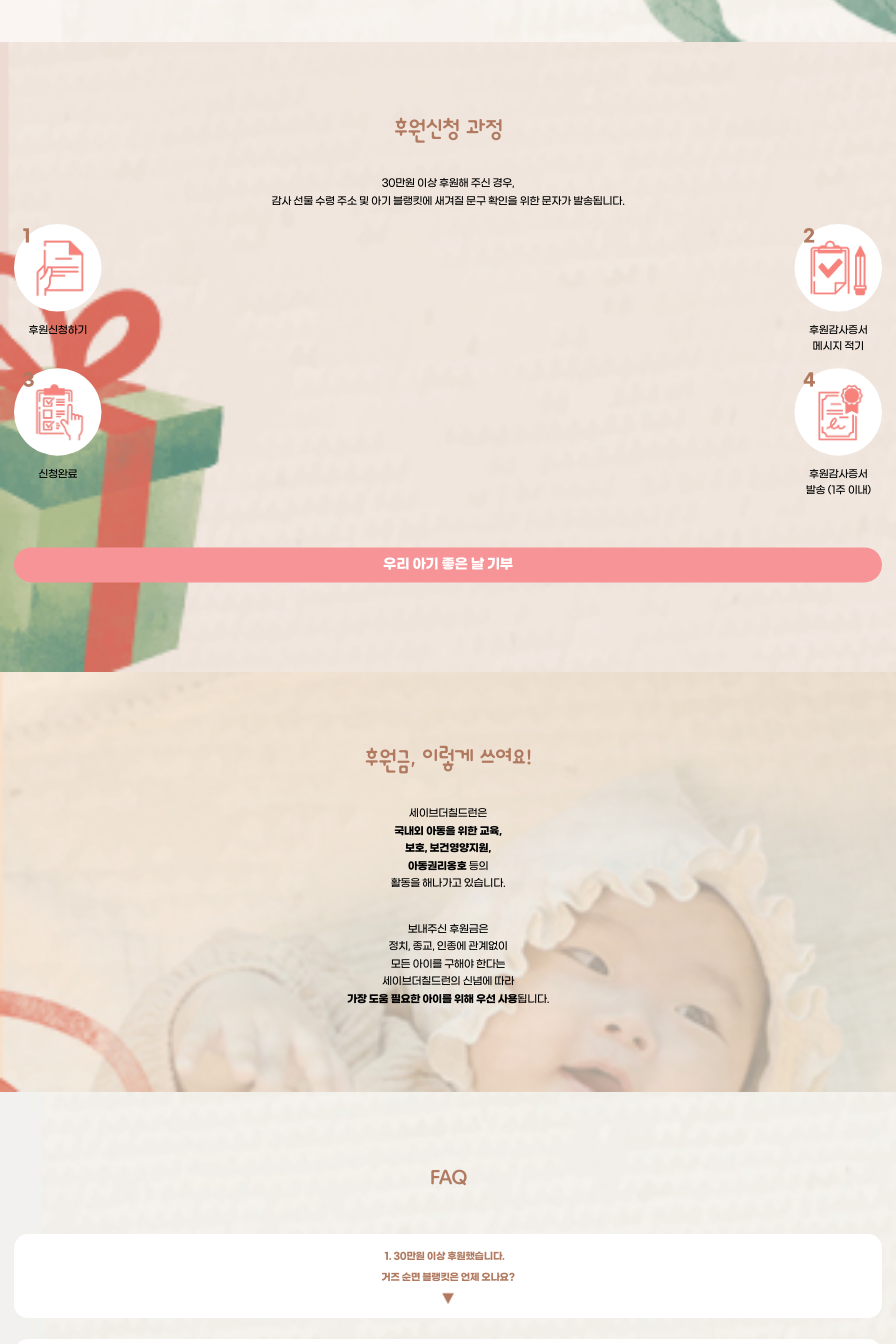
Repository: dlgywls1130/save_the_m320
Page: index.html
The author's editor kept a copy of each file at every save. The page is drawn from the files as they stood at one save, then again after the next save.
The browser window is 1280 px wide. The pictures show the part of the page from y = 4580 to 6500 px (the page is 7140 px tall), at 70% of full size.

Above is the page before, as saved 2023-12-21 11:27:25.

After the next save:
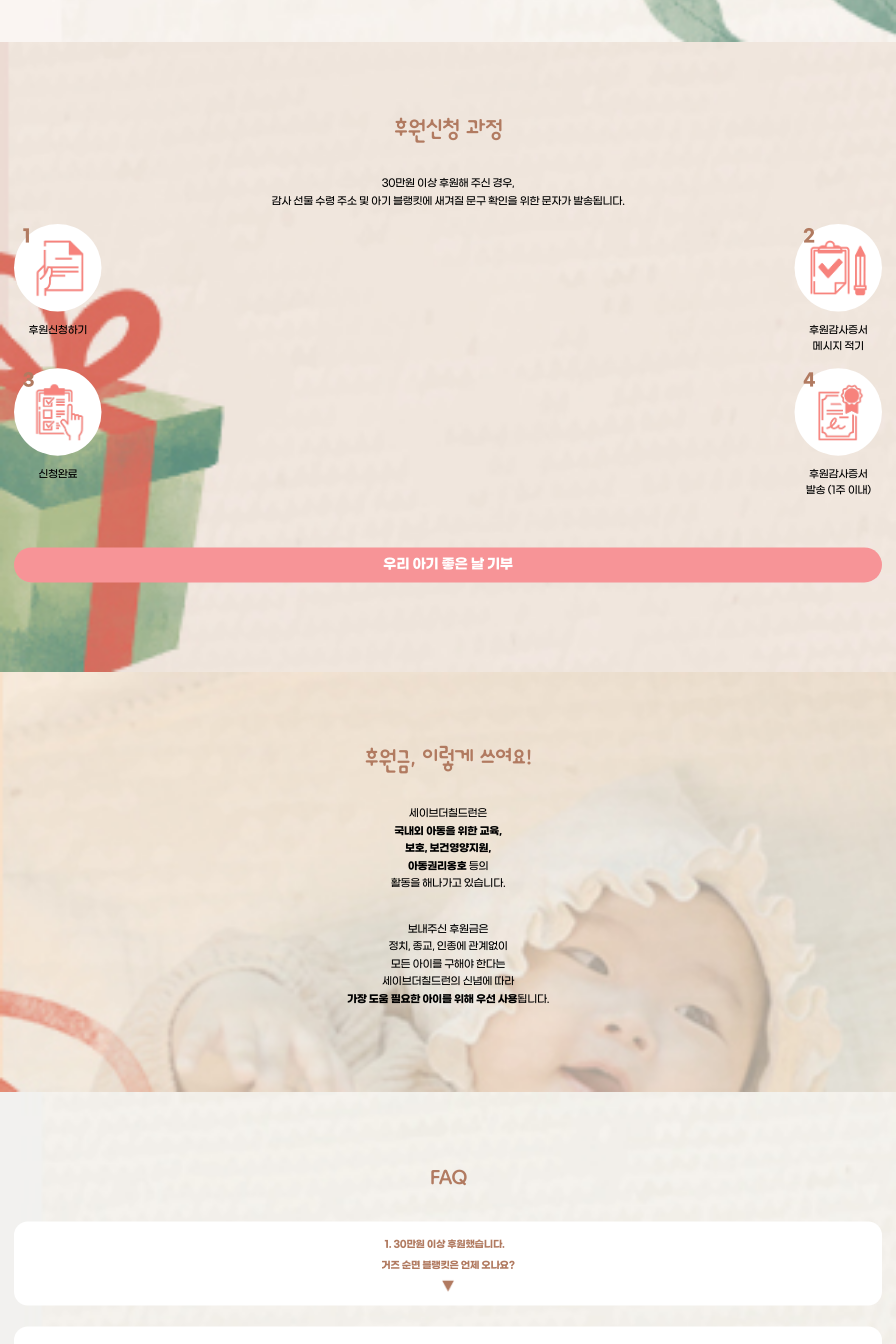
Saved 63 s later.
--- a/css/style.css
+++ b/css/style.css
@@ -524,7 +524,7 @@
 
 
 .accordion{
-    margin-top: 38px;
+    margin-top: 20px;
 }
 .accordion-item {
     padding:15px 0;
